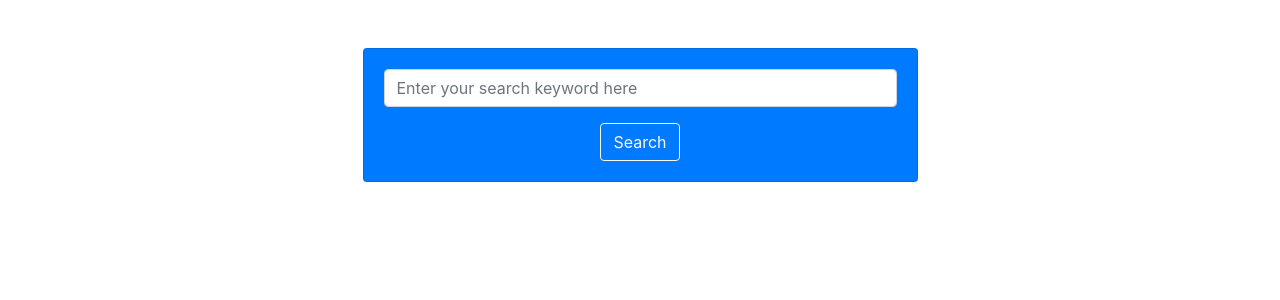
Repository: modinilesh/SpringMVC
Page: http://localhost/springmvcsearch/home
These files come from the project's save history. The page is drawn as it stood at one moment and after the next save; the edit follows.
The browser window is 1280 px wide. The pictures show the whole page.
Some web libraries are served in a nearby version. The page is served by Tomcat 9. Other server files are loaded and not shown.

Above is the page before, as saved 2023-10-20 07:21:50.

### springmvcsearch/src/main/webapp/WEB-INF/spring-servlet.xml
<?xml version="1.0" encoding="UTF-8"?>
<beans xmlns="http://www.springframework.org/schema/beans"
	xmlns:xsi="http://www.w3.org/2001/XMLSchema-instance"
	xmlns:context="http://www.springframework.org/schema/context"
	xmlns:p="http://www.springframework.org/schema/p"
	xmlns:tx="http://www.springframework.org/schema/tx"
	xsi:schemaLocation="http://www.springframework.org/schema/beans
		http://www.springframework.org/schema/beans/spring-beans.xsd
		http://www.springframework.org/schema/context
		http://www.springframework.org/schema/context/spring-context.xsd
		http://www.springframework.org/schema/mvc
        http://www.springframework.org/schema/mvc/spring-mvc.xsd
        http://www.springframework.org/schema/tx
        http://www.springframework.org/schema/tx/spring-tx.xsd">


	<context:component-scan base-package="springmvcsearch" /> <!--it will activate all annotations used in each packages starting with
		springmvcsearch name -->

	<!--Step-3 : Configuring view Resolver -->

	<bean
		class="org.springframework.web.servlet.view.InternalResourceViewResolver"
		name="viewResolver">
		<property name="prefix" value="/WEB-INF/views/" />
		<property name="suffix" value=".jsp" />
	</bean>


</beans>

### springmvcsearch/src/main/webapp/WEB-INF/views/home.jsp
<!doctype html>
<html lang="en">
<head>
<!-- Required meta tags -->
<meta charset="utf-8">
<meta name="viewport"
	content="width=device-width, initial-scale=1, shrink-to-fit=no">

<!-- Bootstrap CSS -->
<link rel="stylesheet"
	href="https://cdn.jsdelivr.net/npm/bootstrap@4.0.0/dist/css/bootstrap.min.css"
	integrity="sha384-Gn5384xqQ1aoWXA+058RXPxPg6fy4IWvTNh0E263XmFcJlSAwiGgFAW/dAiS6JXm"
	crossorigin="anonymous">

<title>Home Page</title>
</head>
<body>

	<div class="container">

		<div class="card mx-auto mt-5 bg-primary" style="width: 50%">

			<div class="card-body">

				<form action="">

					<div class="form-group">
						<input type="text" name="querybox"
							placeholder="Enter your search keyword here" class="form-control" />
					</div>

					<div class="container text-center">
						<button class="btn btn-outline-light">Search</button>
					</div>

				</form>

			</div>

		</div>

	</div>





	<!-- Optional JavaScript -->
	<!-- jQuery first, then Popper.js, then Bootstrap JS -->
	<script src="https://code.jquery.com/jquery-3.2.1.slim.min.js"
		integrity="sha384-KJ3o2DKtIkvYIK3UENzmM7KCkRr/rE9/Qpg6aAZGJwFDMVNA/GpGFF93hXpG5KkN"
		crossorigin="anonymous"></script>
	<script
		src="https://cdn.jsdelivr.net/npm/popper.js@1.12.9/dist/umd/popper.min.js"
		integrity="sha384-ApNbgh9B+Y1QKtv3Rn7W3mgPxhU9K/ScQsAP7hUibX39j7fakFPskvXusvfa0b4Q"
		crossorigin="anonymous"></script>
	<script
		src="https://cdn.jsdelivr.net/npm/bootstrap@4.0.0/dist/js/bootstrap.min.js"
		integrity="sha384-JZR6Spejh4U02d8jOt6vLEHfe/JQGiRRSQQxSfFWpi1MquVdAyjUar5+76PVCmYl"
		crossorigin="anonymous"></script>
</body>
</html>

### springmvcsearch/src/main/java/springmvcsearch/SearchController.java
package springmvcsearch;

import org.springframework.stereotype.Controller;
import org.springframework.web.bind.annotation.RequestMapping;

@Controller
public class SearchController {

	@RequestMapping("/home")
	public String home() {
		return "home";
	}

}

After the next save:
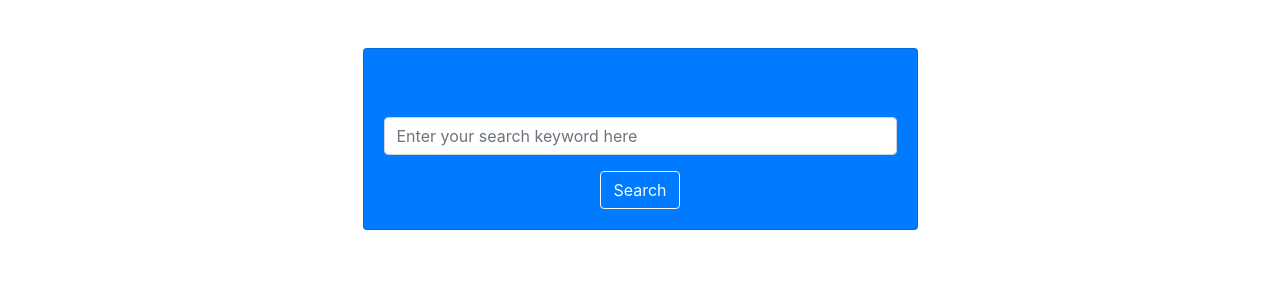
Saved 44 s later.
--- a/springmvcsearch/src/main/webapp/WEB-INF/views/home.jsp
+++ b/springmvcsearch/src/main/webapp/WEB-INF/views/home.jsp
@@ -22,7 +22,7 @@
 
 			<div class="card-body">
 
-				<form action="">
+				<form action="" class="mt-5">
 
 					<div class="form-group">
 						<input type="text" name="querybox"
